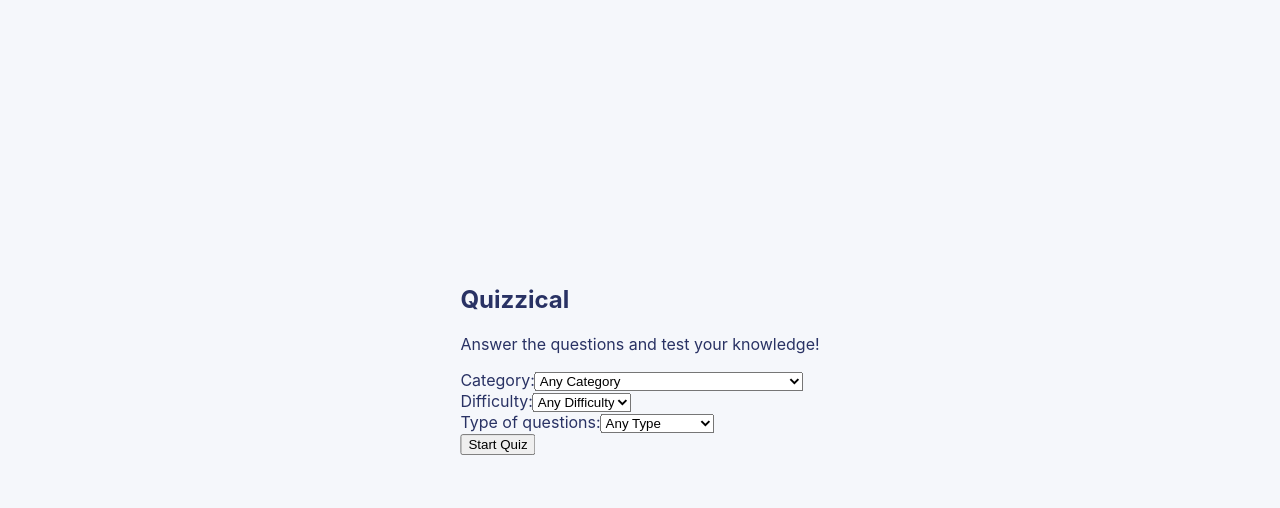
Repository: alexandruvisan19/Quizzical
Page: /
The author's editor kept a copy of each file at every save. The page is drawn from the files as they stood at one save, then again after the next save.
The browser window is 1280 px wide. The pictures show the whole page.
The project was rebuilt for these pictures with package versions that can differ from the ones it lists, and the page was loaded fresh each time. Also part of the build but not shown: src/components/QuestionsAndAnswers/QuestionsAndAnswers.css, src/components/Question/Question.tsx, src/services/getQuestions.tsx, src/components/QuestionsAndAnswers/QuestionsAndAnswers.tsx.

Above is the page before, as saved 2022-08-04 08:38:15.

After the next save:
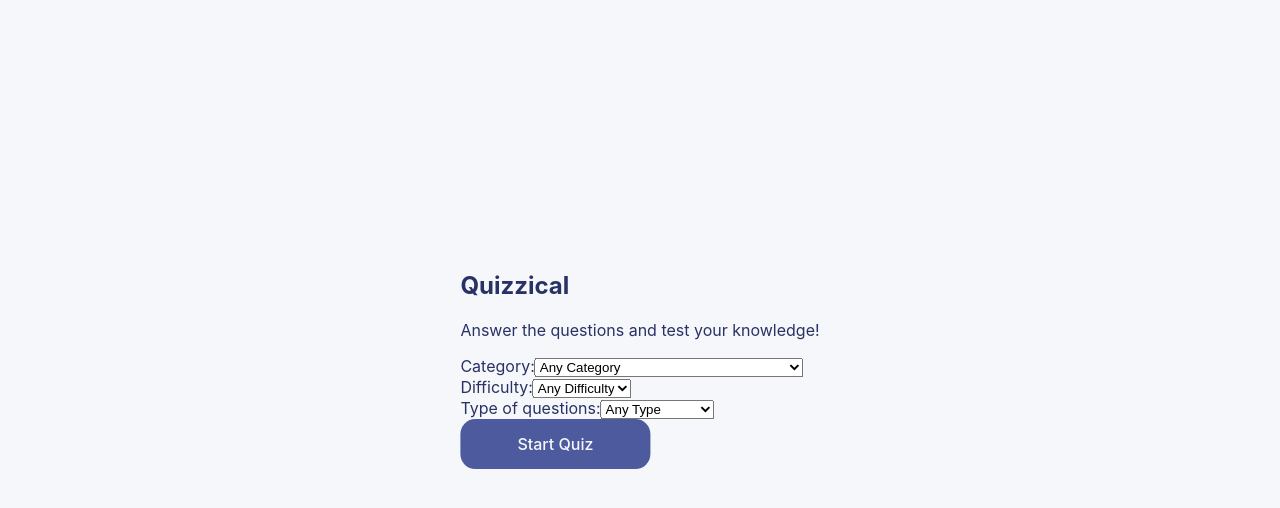
Saved 36 s later.
--- a/src/index.css
+++ b/src/index.css
@@ -11,3 +11,21 @@ body {
 code {
 	font-family: source-code-pro, Menlo, Monaco, Consolas, "Courier New", monospace;
 }
+
+.btn-primary {
+	background-color: #4d5b9e;
+	color: #f5f7fb;
+	font-family: "Inter", sans-serif;
+	font-weight: 500;
+	font-size: 1em;
+	border-radius: 15px;
+	width: 190px;
+	height: 50px;
+	border: 0;
+	cursor: pointer;
+	z-index: 100;
+}
+
+.btn-primary:active {
+	box-shadow: 3px 3px 10px 0px rgba(0, 0, 0, 0.75) inset;
+}
